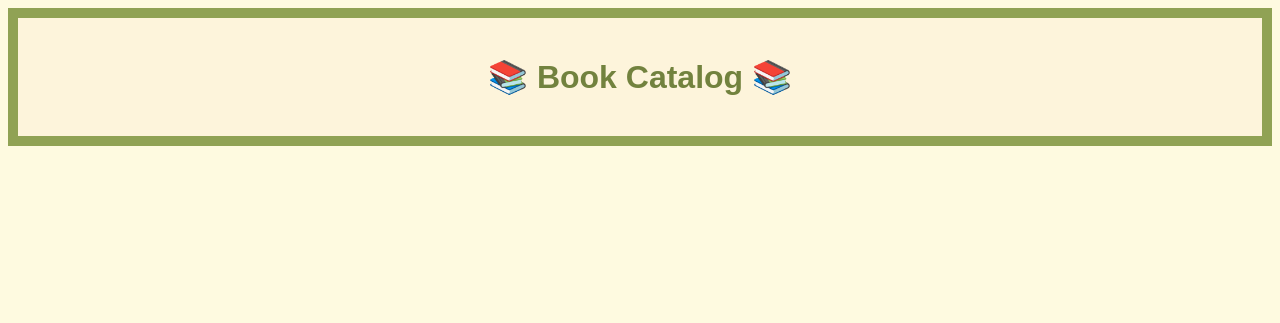
Repository: kaitlynlew/Book-Catalog
Page: /
These files come from the project's save history. The page is drawn as it stood at one moment and after the next save; the edit follows.
The browser window is 1280 px wide. The pictures show the whole page.
The project was rebuilt for these pictures with package versions that can differ from the ones it lists, and the page was loaded fresh each time. Also part of the build but not shown: vite.config.js.

Above is the page before, as saved 2025-09-14 00:22:25.

After the next save:
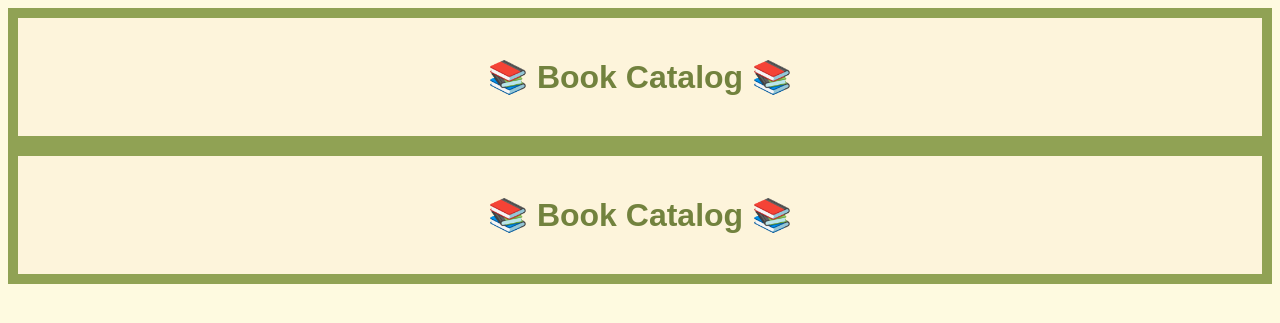
Saved 42 s later.
--- a/index.html
+++ b/index.html
@@ -10,6 +10,7 @@
 <body>
   <div id="root"></div>
   <script type="module" src="/src/main.jsx"></script>
+  <h1>📚 Book Catalog 📚</h1>
 </body>
 
 </html>
